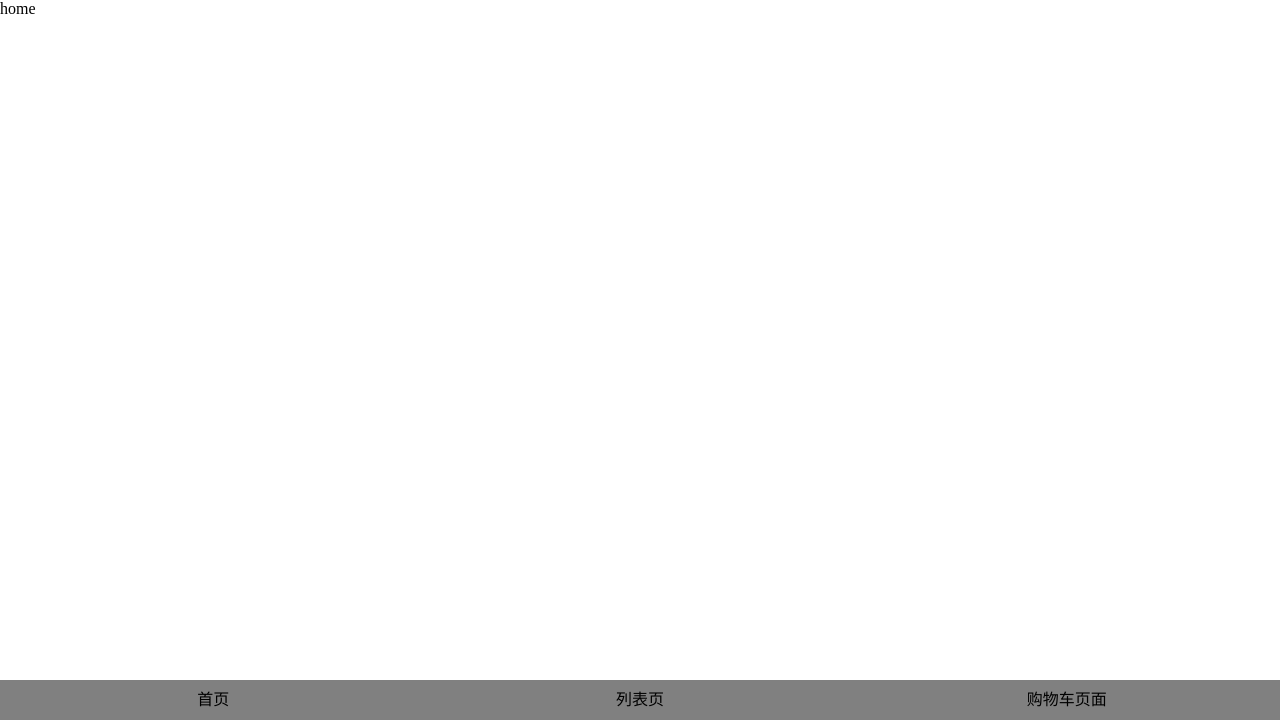
Repository: xiemin2161/mytest
Page: 04-动态组件.html
The author's editor kept a copy of each file at every save. The page is drawn from the files as they stood at one save, then again after the next save.
The browser window is 1280 px wide. The pictures show the whole page.

Above is the page before, as saved 2023-02-02 10:41:38.

After the next save:
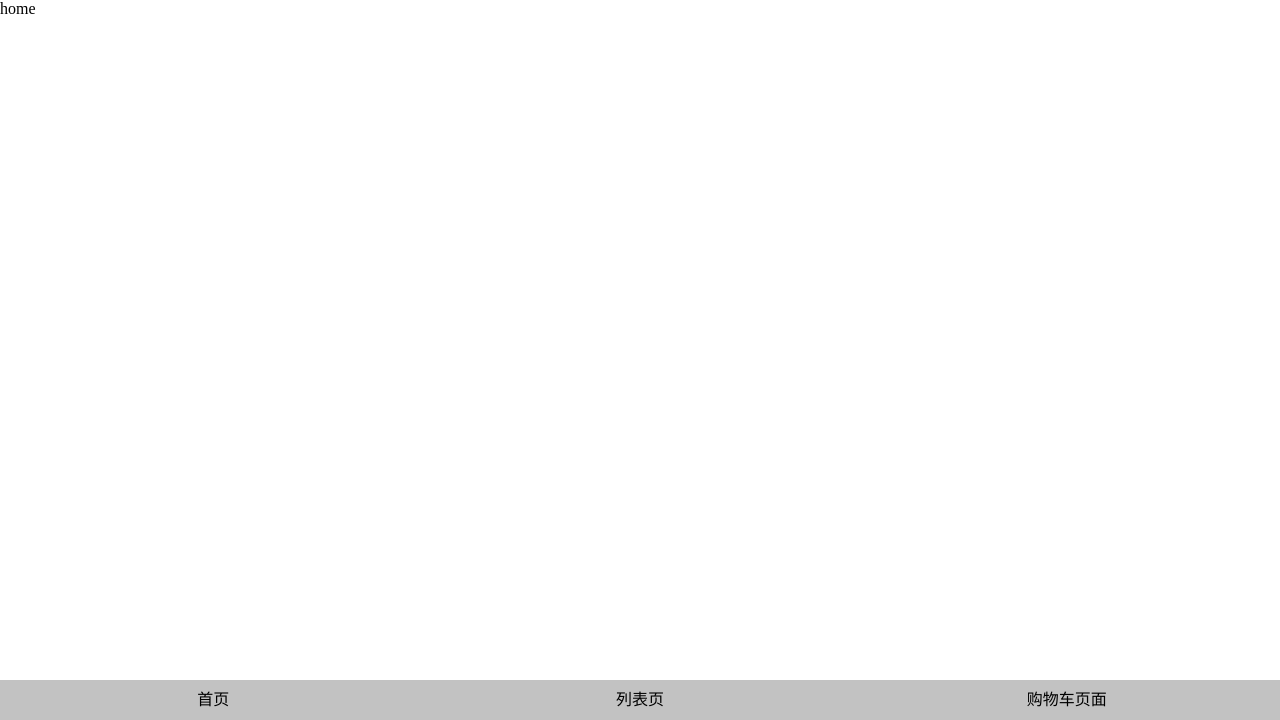
Saved 33 s later.
--- a/04-动态组件.html
+++ b/04-动态组件.html
@@ -33,7 +33,7 @@
         list-style: none;
         height: 40px;
         line-height: 40px;
-        background: gray;
+        background: rgb(194, 194, 194);
       }
 
       /*
